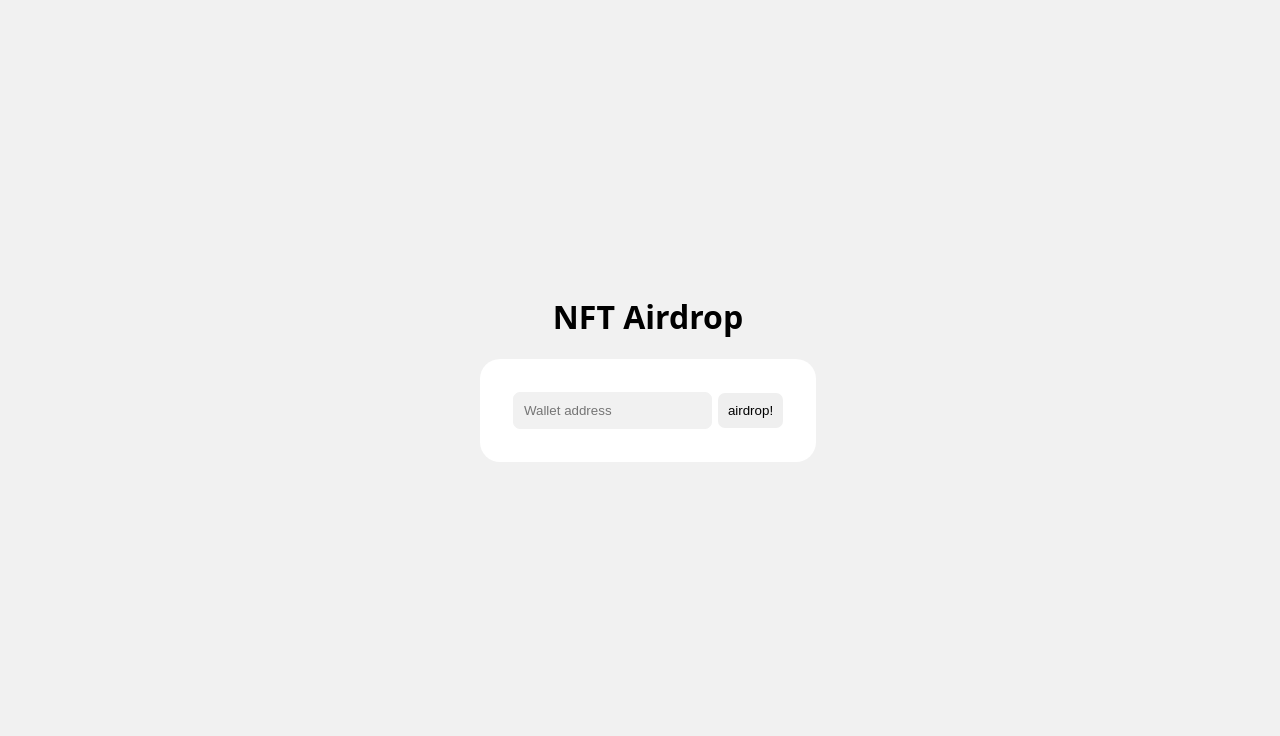
Repository: langf00rd/nft-airdropper
Page: /
The author's editor kept a copy of each file at every save. The page is drawn from the files as they stood at one save, then again after the next save.
The browser window is 1280 px wide. The pictures show the whole page.
The project was rebuilt for these pictures with package versions that can differ from the ones it lists, and the page was loaded fresh each time.

Above is the page before, as saved 2022-07-15 17:21:18.

### src/index.css
body {
  font-family: system-ui, -apple-system, BlinkMacSystemFont, 'Segoe UI', Roboto, Oxygen, Ubuntu, Cantarell, 'Open Sans', 'Helvetica Neue', sans-serif;
  background: #f1f1f1;
}

* {
  overflow: hidden;
}

main {
  width: 100vw;
  height: 100vh;
  display: flex;
  align-items: center;
  justify-content: center;
  flex-direction: column;
}

.content {
  background: #fff;
  max-width: 900px;
  padding: 30px;
  border-radius: 20px;
}

input,
button {
  padding: 10px;
  margin: 3px;
  border: none;
  outline: none;
  border-radius: 7px;
}

input {
  border: 1px solid #f1f1f1;
  background: #f1f1f1;
}

### src/App.js
import './App.css';

function App() {
  return (
    <div className="App">
      <main>
        <h1>NFT Airdrop</h1>
        <div className='content'>
          <div>
            <input placeholder='Wallet address' />
            <button>airdrop!</button>
          </div>
        </div>
      </main>
    </div >
  );
}

export default App;

Loaded but not shown: public/index.html (common file); src/index.js (common file); src/reportWebVitals.js (common file); src/App.css (common file)

After the next save:
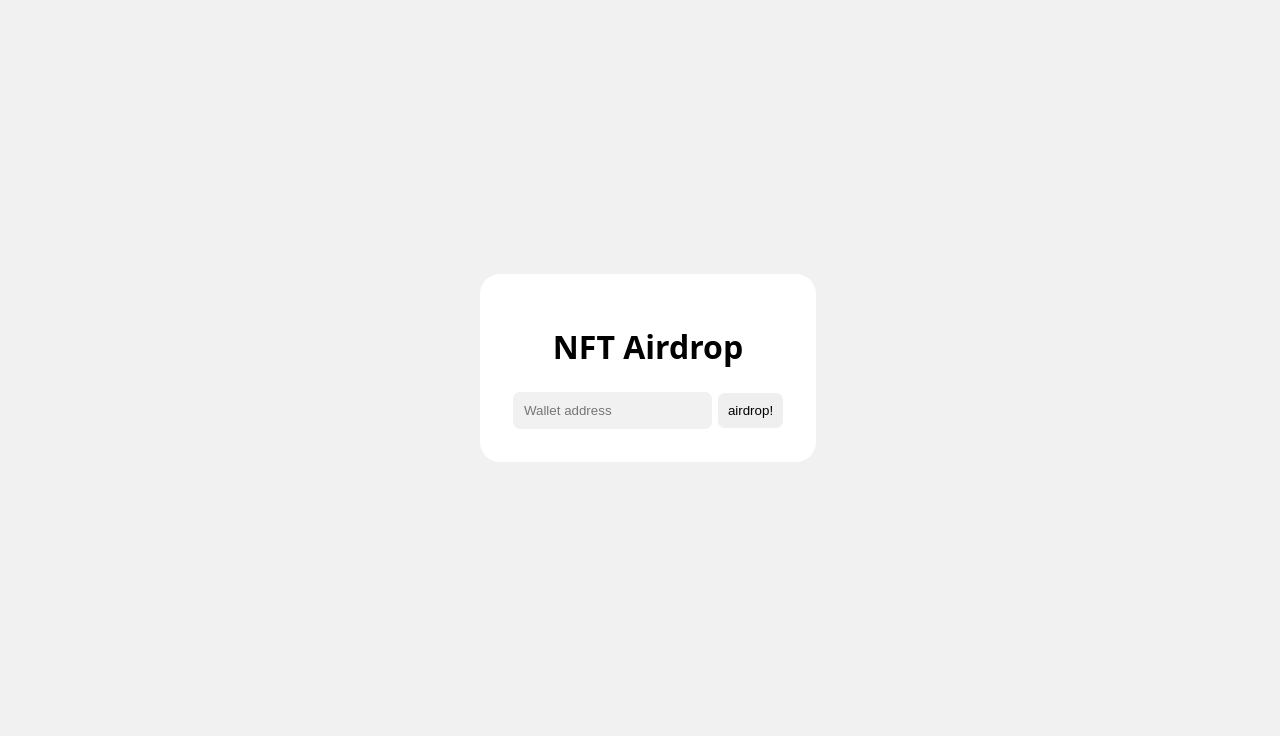
Saved 2 s later.
--- a/src/App.js
+++ b/src/App.js
@@ -4,8 +4,8 @@ function App() {
   return (
     <div className="App">
       <main>
-        <h1>NFT Airdrop</h1>
         <div className='content'>
+          <h1>NFT Airdrop</h1>
           <div>
             <input placeholder='Wallet address' />
             <button>airdrop!</button>
